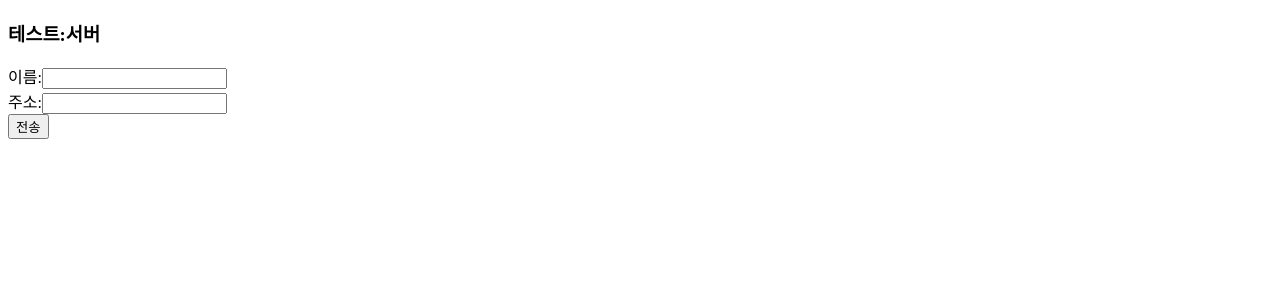
Repository: yubeens/JSP
Page: http://localhost/JSP_Project/exam/test.jsp
An editor plug-in stored every save of this project. The page is shown before and after the next save, followed by the edit.
The browser window is 1280 px wide. The pictures show the whole page.
The page is served by Tomcat 9.

Above is the page before, as saved 2025-02-27 01:24:40.

After the next save:
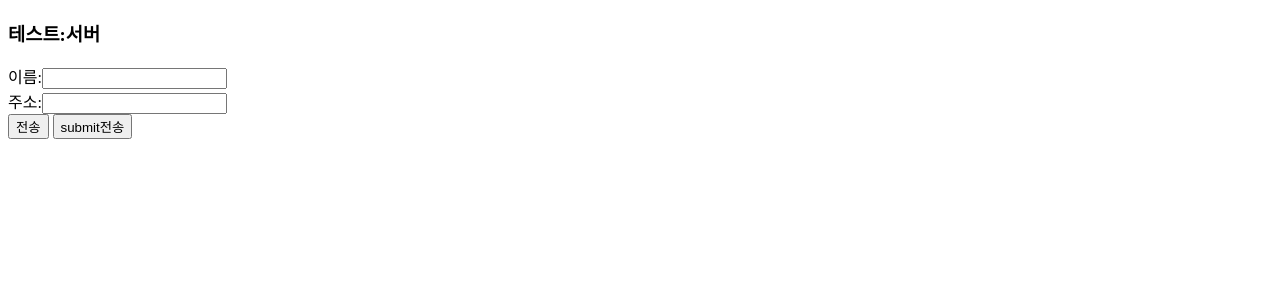
Saved 37 s later.
--- a/JSP_Project/src/main/webapp/exam/test.jsp
+++ b/JSP_Project/src/main/webapp/exam/test.jsp
@@ -11,7 +11,8 @@
 <form>
 이름:<input type="text"><br/>
 주소:<input type="text"><br/>
-<input type="button" value="전송">
+<input type="button" value="전송"/>
+<input type="submit" value="submit전송"/>
 </form>
 
 </body>
